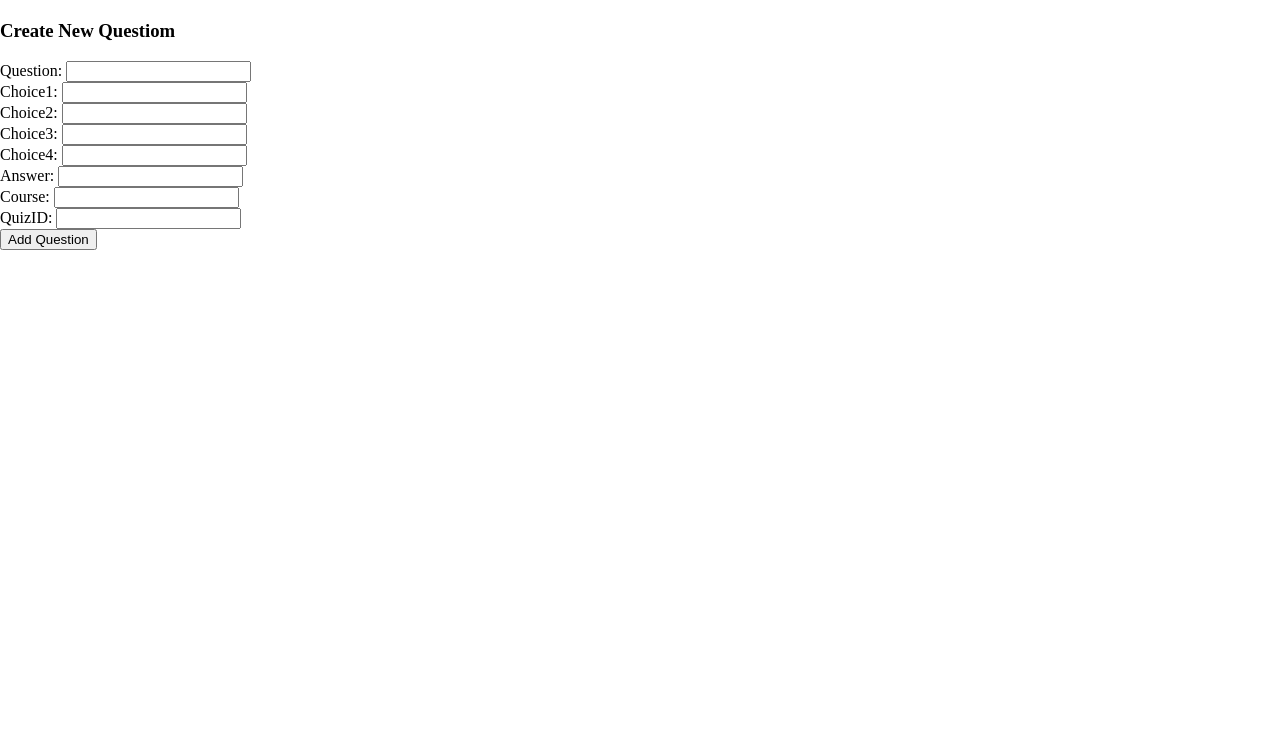
Repository: alafty/ACML-Project
Page: /createquiz (app in frontend/)
The author's editor kept a copy of each file at every save. The page is drawn from the files as they stood at one save, then again after the next save.
The browser window is 1280 px wide. The pictures show the whole page.
The project was rebuilt for these pictures with package versions that can differ from the ones it lists, and the page was loaded fresh each time. Also part of the build but not shown: frontend/src/components/header.tsx, frontend/src/pages/Register/Register.tsx, frontend/src/app/UsersServices.ts, frontend/src/pages/Login/Login.tsx, frontend/src/pages/Landing.tsx, frontend/src/pages/Register/IndividualTraineeRegister.tsx, frontend/src/pages/Register/InstructorRegister.tsx, frontend/src/pages/Register/CorporateTraineeRegister.tsx and 5 more. Imported but missing from the stored project, and not drawn on this page: frontend/src/pages/Legal/Legal.tsx, frontend/src/reportWebVitals.

Above is the page before, as saved 2022-12-17 23:53:57.

### frontend/src/index.js
import React from 'react';
import { createRoot } from 'react-dom/client';
import { Provider } from 'react-redux';
import { store } from './app/store';
import App from './App';
import reportWebVitals from './reportWebVitals';

const container = document.getElementById('root');
const root = createRoot(container);

root.render(
  <React.StrictMode>
    <Provider store={store}>
      <App />
    </Provider>
  </React.StrictMode>
);

// If you want to start measuring performance in your app, pass a function
// to log results (for example: reportWebVitals(console.log))
// or send to an analytics endpoint. Learn more: https://bit.ly/CRA-vitals
reportWebVitals();

### frontend/src/App.tsx
import React from 'react'
import {BrowserRouter as Router, Routes, Route} from 'react-router-dom'
import Register from './pages/Register/Register.tsx'
import Login from './pages/Login/Login.tsx'
import Landing from './pages/Landing.tsx'
import IndividualTrainee from './pages/Register/IndividualTraineeRegister.tsx'
import InstructorRegister from './pages/Register/InstructorRegister.tsx'
import CorporateTrainee from './pages/Register/CorporateTraineeRegister.tsx'
import CreateQuiz from './pages/Instructor/CreateQuiz.tsx'
import InstructorDetails from './pages/Instructor/InstructorDetails.tsx'
import Home from './pages/Home.tsx'
import Legal from './pages/Legal/Legal.tsx'
import LegalInstructor from './pages/Legal/LegalInstructor.tsx'
import SolveSolveEx from './pages/Course/SolveSolveEx.tsx'


const defaultGlobalState = {
  loggedInUser: {}
};

const globalStateContext = React.createContext(defaultGlobalState);
const dispatchStateContext = React.createContext(undefined);

const GlobalStateProvider = ({ children }) => {
  const [state, dispatch] = React.useReducer(
    (state, newValue) => ({ ...state, ...newValue }),
    defaultGlobalState
  );
  return (
    <globalStateContext.Provider value={state}>
      <dispatchStateContext.Provider value={dispatch}>
        {children}
      </dispatchStateContext.Provider>
    </globalStateContext.Provider>
  );
};

export const useGlobalState = () => [
  React.useContext(globalStateContext),
  React.useContext(dispatchStateContext)
];


function app() {

  return (
    <GlobalStateProvider>
      <Router>
        <div>
          <Routes>
            <Route path='/' element={<Landing/>} />
            <Route path='/register' element={<Register/>} />
            <Route path='/login' element={<Login/>} />
            <Route path='/indivTraineeRegister' element={<IndividualTrainee/>} />
            <Route path='/instructorRegister' element={<InstructorRegister/>} />
            <Route path='/corpTraineeRegister' element={<CorporateTrainee/>} />
            <Route path='/home' element={<Home/>} />
            <Route path='/instructorHome' element={<InstructorDetails/>} />
            <Route path='/legal' element= {<Legal/>} />
            <Route path='/legalinstructor' element= {<LegalInstructor/>} />

            <Route path='/createquiz' element={<CreateQuiz/>} />
            <Route path='/getQuiz' element={<SolveSolveEx QuizID= {1}/>} />


          </Routes>
        </div>
      </Router>
    </GlobalStateProvider>

  )
}

export default app;

### frontend/src/pages/Instructor/CreateQuiz.tsx
import React,{Component} from "react";
import axios from 'axios';
type State = {
    Question: string,
    Choice1: string,
    Choice2: string,
    Choice3: string,
    Choice4: string,
    Answer: string,
    Grade : Number,
    Course: string,
    QuizID: string
}

    export default class Create extends Component<{}, State> {

    constructor(props: any) {
        super(props);

        this.onChangeQuestion = this.onChangeQuestion.bind(this);
        this.onChangeChoice1 = this.onChangeChoice1.bind(this);
        this.onChangeChoice2 = this.onChangeChoice2.bind(this);
        this.onChangeChoice3 = this.onChangeChoice3.bind(this);
        this.onChangeChoice4 = this.onChangeChoice4.bind(this);
        this.onChangeAnswer = this.onChangeAnswer.bind(this);
        this.onChangeGrade = this.onChangeGrade.bind(this);
        this.onChangeCourse = this.onChangeCourse.bind(this);
        this.onChangeQuizID = this.onChangeQuizID.bind(this);


        this.onSubmit = this.onSubmit.bind(this);

        this.state = {
            Question: '',
            Choice1: '',
            Choice2: '',
            Choice3: '',
            Choice4: '',
            Answer:  '',
            Grade : 0,
            Course:  '',
            QuizID:  ''

        }
    }

    onChangeQuestion(e) {
        this.setState({
            Question: e.target.value
        });
    }

    onChangeChoice1(e) {
        this.setState({
            Choice1: e.target.value
        });
    }
    onChangeChoice2(e) {
        this.setState({
            Choice2: e.target.value
        });
    }
    onChangeChoice3(e) {
        this.setState({
            Choice3: e.target.value
        });
    }
    onChangeChoice4(e) {
        this.setState({
            Choice4: e.target.value
        });
    }
    onChangeAnswer(e) {
        this.setState({
            Answer: e.target.value
        });
    }
    onChangeGrade(e) {
        this.setState({
            Answer: e.target.value
        });
    }
    onChangeCourse(e) {
        this.setState({
            Course: e.target.value
        });
    }
    onChangeQuizID(e) {
        this.setState({
            QuizID: e.target.value
        });
    }


    onSubmit(e) {
        e.preventDefault();



        const newQuestion = {
            Question: this.state.Question,
            Choice1:  this.state.Choice1 ,
            Choice2:  this.state.Choice2 ,
            Choice3:  this.state.Choice3 ,
            Choice4:  this.state.Choice4 ,
            Answer:   this.state.Answer ,
            Grade :   this.state.Grade,
            Course:   this.state.Course  ,
            QuizID:   this.state.QuizID


        }

        axios.post('http://localhost:8000/quiz/CreateQuestion',newQuestion)
        .then(res=>console.log(res.data));
        console.log(`Form submitted:`);

        console.log(JSON.stringify(newQuestion));
        this.setState({
            Question: '',
            Choice1: '',
            Choice2: '',
            Choice3: '',
            Choice4: '',
            Answer:  '',
            Course:  '',
            QuizID:  ''

        })
    }

        render() {
            return (
                <div style={{marginTop: 20}}>
                    <h3>Create New Questiom</h3>

                    <form onSubmit={this.onSubmit}>
                        <div className="form-group">
                            <label>Question: </label>
                            <input  type="text"
                                    className="form-control"
                                    value={this.state.Question}
                                    onChange={this.onChangeQuestion}
                                    />
                        </div>

                        <div className="form-group">
                            <label>Choice1: </label>
                            <input  type="text"
                                    className="form-control"
                                    value={this.state.Choice1}
                                    onChange={this.onChangeChoice1}
                                    />
                        </div>
                        <div className="form-group">
                            <label>Choice2: </label>
                            <input  type="text"
                                    className="form-control"
                                    value={this.state.Choice2}
                                    onChange={this.onChangeChoice2}
                                    />
                        </div>
                        <div className="form-group">
                            <label>Choice3: </label>
                            <input  type="text"
                                    className="form-control"
                                    value={this.state.Choice3}
                                    onChange={this.onChangeChoice3}
                                    />
                        </div>
                        <div className="form-group">
                            <label>Choice4: </label>
                            <input  type="text"
                                    className="form-control"
                                    value={this.state.Choice4}
                                    onChange={this.onChangeChoice4}
                                    />
                        </div>
                        <div className="form-group">
                            <label>Answer: </label>
                            <input  type="text"
                                    className="form-control"
                                    value={this.state.Answer}
                                    onChange={this.onChangeAnswer}
                                    />
                        </div>
                        <div className="form-group">
                            <label>Course: </label>
                            <input  type="text"
                                    className="form-control"
                                    value={this.state.Course}
                                    onChange={this.onChangeCourse}
                                    />
                        </div>

                        <div className="form-group">
                            <label>QuizID: </label>
                            <input  type="text"
                                    className="form-control"
                                    value={this.state.QuizID}
                                    onChange={this.onChangeQuizID}
                                    />
                        </div>




                        <div className="form-group">
                            <input type="submit" value="Add Question" className="btn btn-primary" />
                        </div>
                    </form>
                </div>
            )
        }

}

### frontend/src/Styling/mainLayout.css

:root {
    --primaryLight: #dbe1f8;
    --primary: #829df7;
    --secondary: #e66bba;
    --text: #3b3086;
    --white: #d9ebf9;
}

html, body {
    height: 100%;
    width: 100%;
    margin: 0px;
}

.container {
    display: flex;
    flex-direction: column;
}

.landing-header {
    display: flex;
    flex-direction: row;
    justify-content: space-between;
    background-color: var(--primary);
    height: 8vh;
    align-items: center;
    padding: 15px;
}

.logo {
    background-image: url('../assets/logo.png');
    background-size: cover;
    width: 300px;
    height: 80px;
}
.search-bar {
    width: 400px;
    background-color: var(--white);
    border-radius: 10px;
}

.selector {
    width: 400px;
    margin-left: 160px;
    background-color: var(--white);
}

#button-search {
    margin-left: 20px;
    padding: 10px;
    padding-inline: 20px;
    color: var(--white);
    background-color: var(--secondary);
}

.body {
        background-color: var(--primaryLight);
        height: 90vh;
        background-size: cover;
}

.title {
    font-family: Arial, Helvetica, sans-serif;
    font-size: 64px;
    margin-top: 250px;
    padding-inline: 150px;
    color: var(--text);
}

.landing-subtitle {
    font-family: Arial, Helvetica, sans-serif;
    font-weight:lighter;
    margin-top: -40px;
    font-size: 24px;
    padding-inline: 160px;
    color: var(--text);
}

#filled-button {
    padding-inline: 50px;
    padding-block: 10px;
    background-color: var(--secondary);
    margin: 20px;
    margin-left: 160px;
    font-size: 24px;
}

#outlined {
    padding-inline: 50px;
    padding-block: 10px;
    border-color: var(--secondary);
    color: var(--secondary);
    margin: 20px;
    font-size: 24px;
}

.hat {
    background-image: url('../assets/hat.png');
    background-size: cover;
    height: 500px;
    width: 500px;
    margin-top: -150px;
    margin-right: 150px;
}

.form{
    display: flex;
    flex-direction: column;
    margin-left: 150px;
}

.legal-border{
    margin: 20px;
    padding: 20px;
    background-color: #ffffff;
    border-radius: 20px;
}

.courses-panel-bg{
    display: flex;
    flex-direction: row;
    padding: 20px;
    border-radius: 20px;
    background-color: var(--white);
    width: 75%;
    height: 40%;
    margin-left: 150px;
    box-shadow: rgba(100, 100, 111, 0.2) 0px 7px 29px 0px;

}

.course-card{
    display: flex;
    flex-direction: column;
    padding: 10px;
    border-radius: 10px;
    background-color: #ffffff;
    width: 17%;
    height: 90%;
    margin-inline: 20px;
    margin-block: 10px;
    box-shadow: rgba(100, 100, 111, 0.2) 0px 7px 29px 0px;
}

### frontend/src/Styling/landing.css
html, body {
    height: 100%;
    width: 100%;
    margin: 0px;
}

.container {
    display: flex;
    flex-direction: column;
}

.landing-header {
    display: flex;
    flex-direction: row;
    justify-content: space-between;
    background-color: #829df7;
    height: 8vh;
    align-items: center;
    padding: 15px;
}

.logo {
    background-image: url('../assets/logo.png');
    background-size: cover;
    width: 300px;
    height: 80px;
}
.search-bar {
    width: 400px;
    background-color: #FFFFFF;
    border-radius: 10px;
}

.selector {
    width: 400px;
    margin-left: 160px;
}

#button-search {
    margin-left: 20px;
    padding: 10px;
    padding-inline: 20px;
    color: #ffffff;
    background-color: #e66bba;
}

.body {
        background-color: #dbe1f8;
        height: 92vh;
        background-size: cover;
}

#landing-footer {
    display: flex;
    flex-direction: row;
    background-color: #829df7;
    height: 6vh;
    width: 100vw;
}

.title {
    font-family: Arial, Helvetica, sans-serif;
    font-size: 64px;
    margin-top: 250px;
    padding-inline: 150px;
    color: #3b3086;
}

.landing-subtitle {
    font-family: Arial, Helvetica, sans-serif;
    font-weight:lighter;
    margin-top: -40px;
    font-size: 24px;
    padding-inline: 160px;
    color: #3b3086;
}

#filled-button {
    padding-inline: 50px;
    padding-block: 10px;
    background-color: #e66bba;
    margin: 20px;
    margin-left: 160px;
    font-size: 24px;
}
#outlined {
    padding-inline: 50px;
    padding-block: 10px;
    border-color: #e66bba;
    color: #e66bba;
    margin: 20px;
    font-size: 24px;
}

.hat {
    background-image: url('../assets/hat.png');
    background-size: cover;
    height: 500px;
    width: 500px;
    margin-top: -150px;
    margin-right: 150px;
}

.form{
    display: flex;
    flex-direction: column;
    margin-left: 150px;
}

Loaded but not shown: frontend/public/index.html (common file); frontend/src/app/store.js (common file)

After the next save:
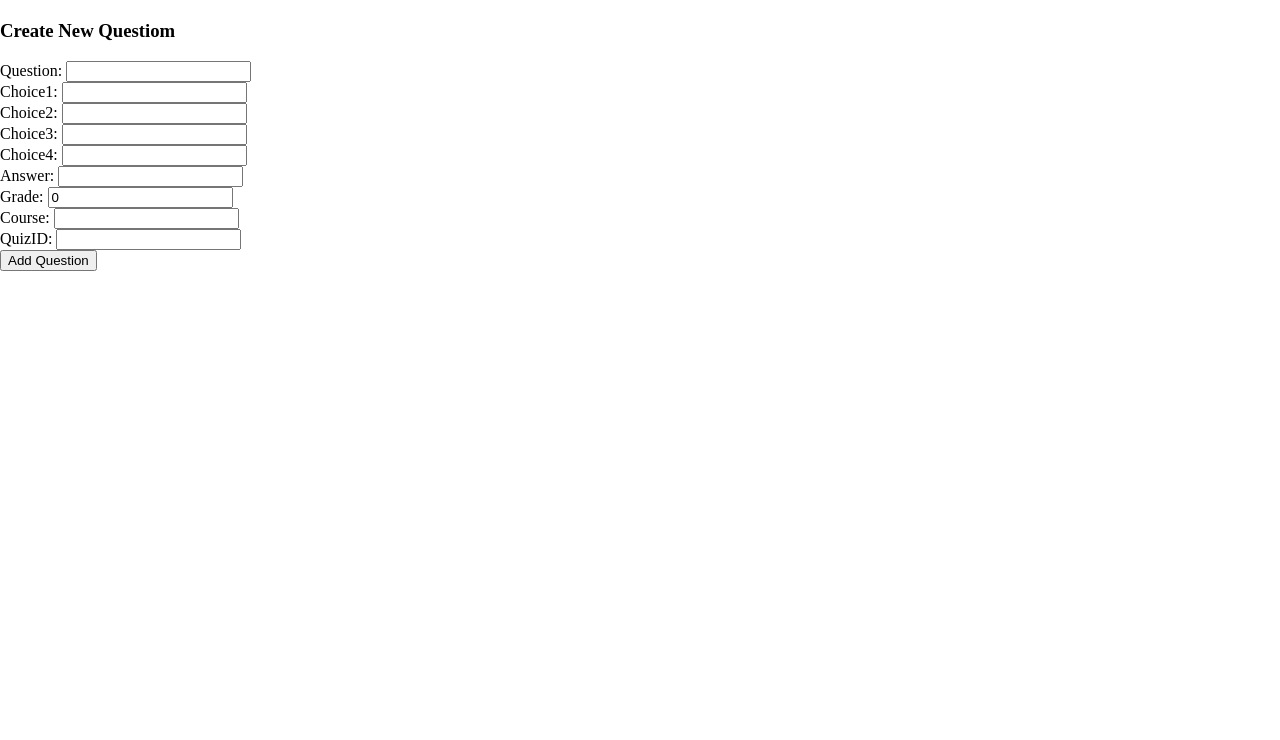
Saved 2 min 32 s later.
--- a/frontend/src/pages/Instructor/CreateQuiz.tsx
+++ b/frontend/src/pages/Instructor/CreateQuiz.tsx
@@ -7,7 +7,7 @@ type State = {
     Choice3: string,
     Choice4: string,
     Answer: string,
-    Grade : Number,
+    Grade : number,
     Course: string,
     QuizID: string
 }
@@ -123,6 +123,7 @@ type State = {
             Choice3: '',
             Choice4: '',
             Answer:  '',
+            Grade : 0,
             Course:  '',
             QuizID:  ''
 
@@ -185,6 +186,14 @@ type State = {
                                     />
                         </div>
                         <div className="form-group">
+                            <label>Grade: </label>
+                            <input  type="text"
+                                    className="form-control"
+                                    value={this.state.Grade}
+                                    onChange={this.onChangeAnswer}
+                                    />
+                        </div>
+                        <div className="form-group">
                             <label>Course: </label>
                             <input  type="text"
                                     className="form-control"
